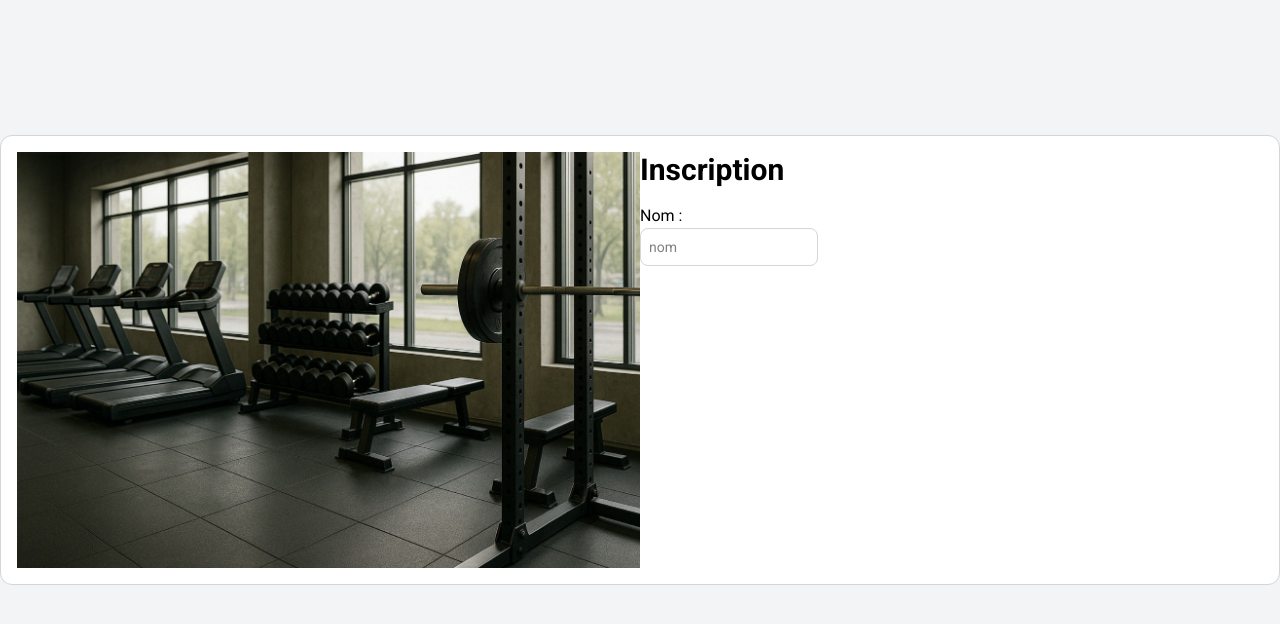
Repository: fahchouchsm/clubSportifWeb
Page: src/pages/inscription.html
An editor plug-in stored every save of this project. The page is shown before and after a run of saves, followed by the edit.
The browser window is 1280 px wide. The pictures show the whole page.

Above is the page before, as saved 2025-04-16 18:23:44.

### src/pages/inscription.html
<!doctype html>
<html lang="en">
  <head>
    <meta charset="UTF-8" />
    <meta name="viewport" content="width=device-width, initial-scale=1.0" />
    <link href="../css/output.css" rel="stylesheet" />
    <link rel="stylesheet" href="../css/main.css" />
    <title>Document</title>
  </head>
  <body>
    <div
      class="flex h-screen w-screen items-center justify-center bg-gray-100 px-10"
    >
      <main
        class="mx-auto flex gap-10 rounded-xl border border-gray-300 bg-white p-4 shadow-lg shadow-gray-400"
      >
        <img
          src="../../public/imgs/salleInterieur.jpeg"
          class="h-full w-1/2 object-cover"
          alt=""
        />
        <form action="" method="post" class="flex w-1/2 flex-col gap-4">
          <h1 class="text-3xl font-bold">Inscription</h1>
          <div class="flex">
            <div class="">
              <label for="nom"> Nom : </label>
              <input
                class="block w-full rounded-lg border border-gray-300 bg-gray-50 p-2 ps-10 text-sm text-gray-900 focus:border-blue-500 focus:ring-blue-500"
                type="text"
                name="nom"
                id="nom"
                placeholder="nom"
              />
            </div>
          </div>
        </form>
      </main>
    </div>
  </body>
</html>

### src/css/main.css
@import url("https://fonts.googleapis.com/css2?family=Roboto:wght@400;700&display=swap");

body {
  font-family: "Roboto", sans-serif;
}

Loaded but not shown: src/css/output.css (1058 lines, source omitted)

After the next 2 saves:
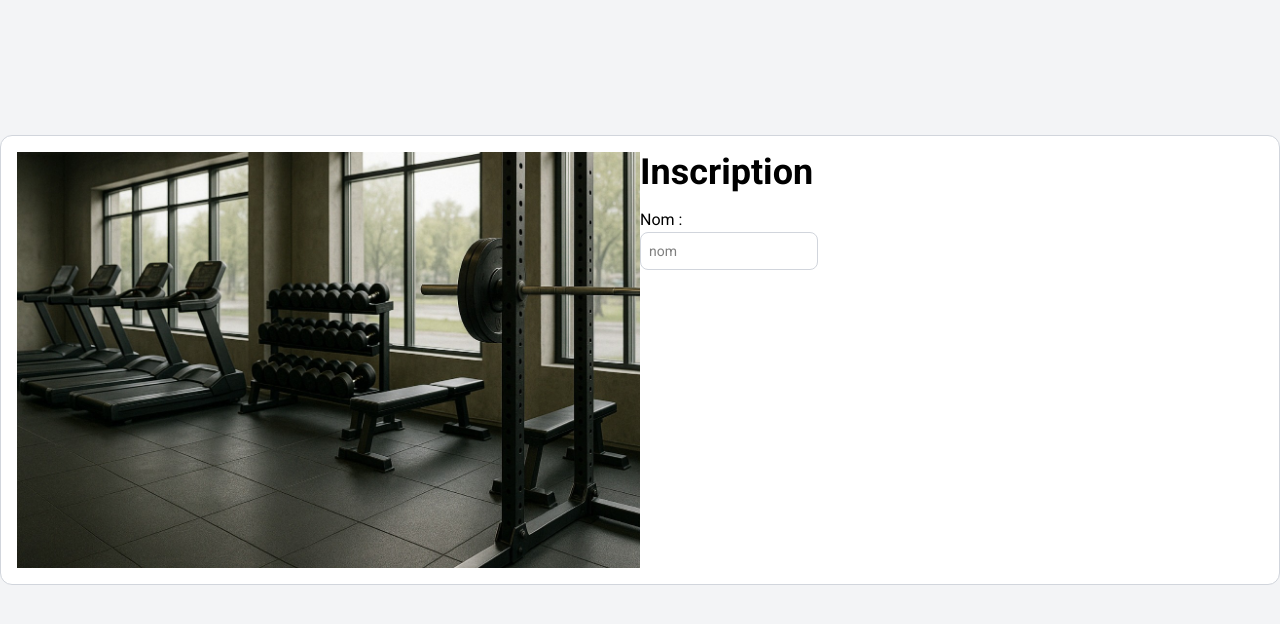
The 2 saves are shown as one change because they came seconds apart.
The last was saved 38 s later.
--- a/src/pages/inscription.html
+++ b/src/pages/inscription.html
@@ -20,7 +20,7 @@
           alt=""
         />
         <form action="" method="post" class="flex w-1/2 flex-col gap-4">
-          <h1 class="text-3xl font-bold">Inscription</h1>
+          <h1 class="text-4xl font-bold">Inscription</h1>
           <div class="flex">
             <div class="">
               <label for="nom"> Nom : </label>
